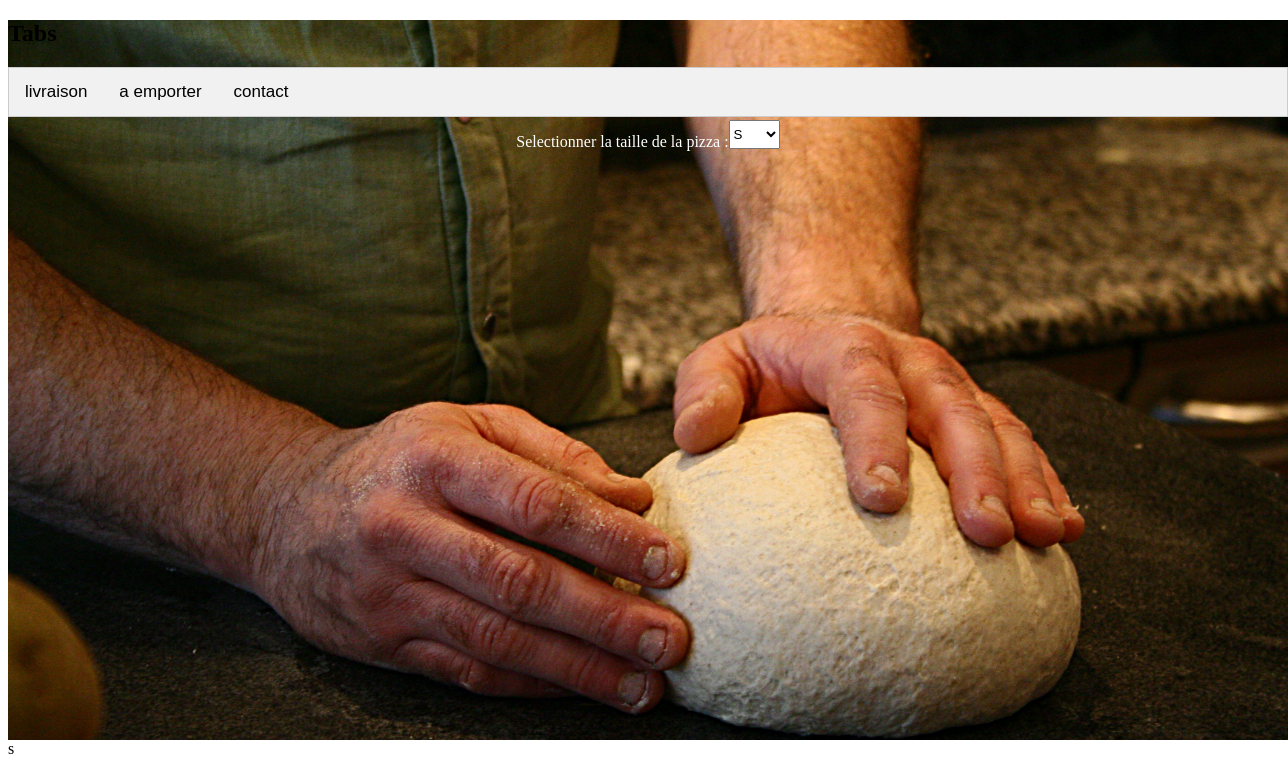
Repository: dev84-unalien/pippo_pizza
Page: admin.html
These files come from the project's save history. The page is drawn as it stood at one moment and after the next save; the edit follows.
The browser window is 1280 px wide. The page is 1288 px wide, so the pictures cover 1288 px, including what lies to the right of the window. The pictures show the whole page.

Above is the page before, as saved 2019-09-09 15:19:37.

### admin.html
<!DOCTYPE html>
<html lang="en">

<head>
    <meta charset="UTF-8">
    <meta name="viewport" content="width=device-width, initial-scale=1.0">
    <meta http-equiv="X-UA-Compatible" content="ie=edge">
    <title>pizzaria pippo</title>
    <link rel="stylesheet" href="admin.css">
    <script src="jquery-3.4.1.min.js"></script>
    <script src="admin.js"></script>

</head>

<body>
    <div id=unos>
        <div id=commande>

            <h2>Tabs</h2>


            <div class="tab">
                <button class="tablinks" onclick="openCity(event, 'livraison')">livraison</button>
                <button class="tablinks" onclick="openCity(event, 'emporter')">a emporter</button>
                <button class="tablinks" onclick="openCity(event, 'contact')">contact</button>
            </div>

            <div id="livraison" class="tabcontent">
                <h3>livraison</h3>
            </div>

            <div id="emporter" class="tabcontent">
                <h3>emporter</h3>

            </div>

            <div id="contact" class="tabcontent">
            </div>
            </form>

         <div>
            <div></div>
            <div id="Nom"></div>
            <div id="cardeT">
                <div id="Taille">
                <p>Selectionner la taille de la pizza :</p>
                <select >
                        <option value="S">S</option>
                        <option value="M">M</option>
                        <option value=">L">L</option>
                        <option value="XL">XL</option>
                        <option value="XXL">XXL</option>
                </select>
                </div>
            </div>
            <div id="Description"></div>
            <div id="Prix"></div>
            <div id="Image"></div>
        </div>

        </div>

    </div>
</body>

</html>s

### admin.css
#unos {
  height: 100vh;
  width: 100vw;
  background-image: url("images/ajoutpizza.jpg");
  justify-content: cover;
  background-size: 100vw;

}
#cadreT{
    display: flex;
    justify-content: center;
    align-content: center;
    width: 80vw;
    height: 80vh;
    border:outset 4px grey;
    background-color: grey;
    opacity:0.5;
}
#Taille{
display: flex;
    justify-content: center;
    align-content: center;

}
select{
    width: 4vw;
    height: 4vh;
    margin-top:0.5vh;
}
p{
    color:white;
}

#formulaire {
  height: 50%;
  width: 50%;
  background-color: aliceblue;
}

#livraison {
  background-color: aquamarine;
}

#emporter {
  background-color: beige;
}

#contact {
  background-color: powderblue;
}

.tab {
  overflow: hidden;
  border: 1px solid #ccc;
  background-color: #f1f1f1;
}

/* Style the buttons inside the tab */

.tab button {
  background-color: inherit;
  float: left;
  border: none;
  outline: none;
  cursor: pointer;
  padding: 14px 16px;
  transition: 0.3s;
  font-size: 17px;
}

/* Change background color of buttons on hover */

.tab button:hover {
  background-color: red;
}

/* Create an active/current tablink class */

.tab button.active {
  background-color: red;
}

/* Style the tab content */

.tabcontent {
  display: none;
  padding: 6px 12px;
  border: 1px solid red;
  border-top: none;
}

Loaded but not shown: jquery-3.4.1.min.js (library); admin.js (no copy from this time; the picture is the same without it)

After the next save:
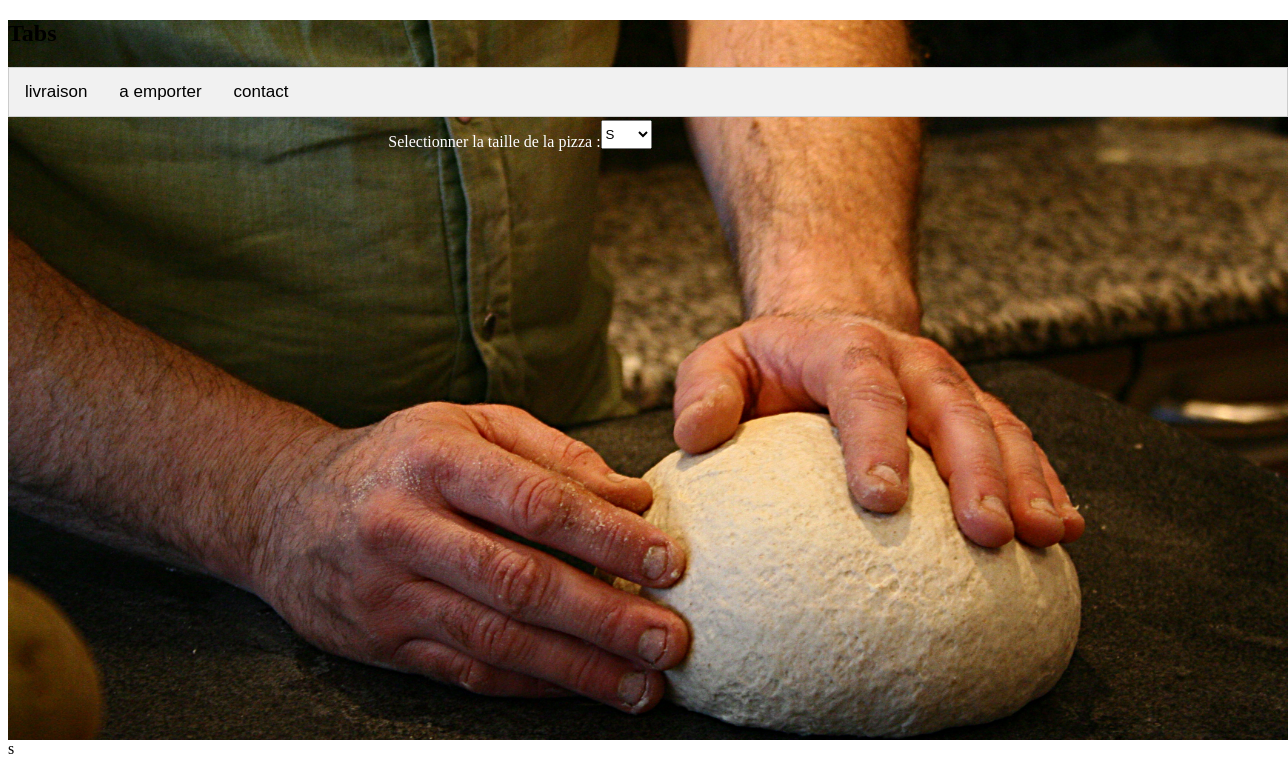
Saved 35 s later.
--- a/admin.css
+++ b/admin.css
@@ -18,8 +18,10 @@
 }
 #Taille{
 display: flex;
-    justify-content: center;
-    align-content: center;
+justify-content: center;
+align-content: center;
+width: 80vw;
+height: 80vh;
 
 }
 select{
